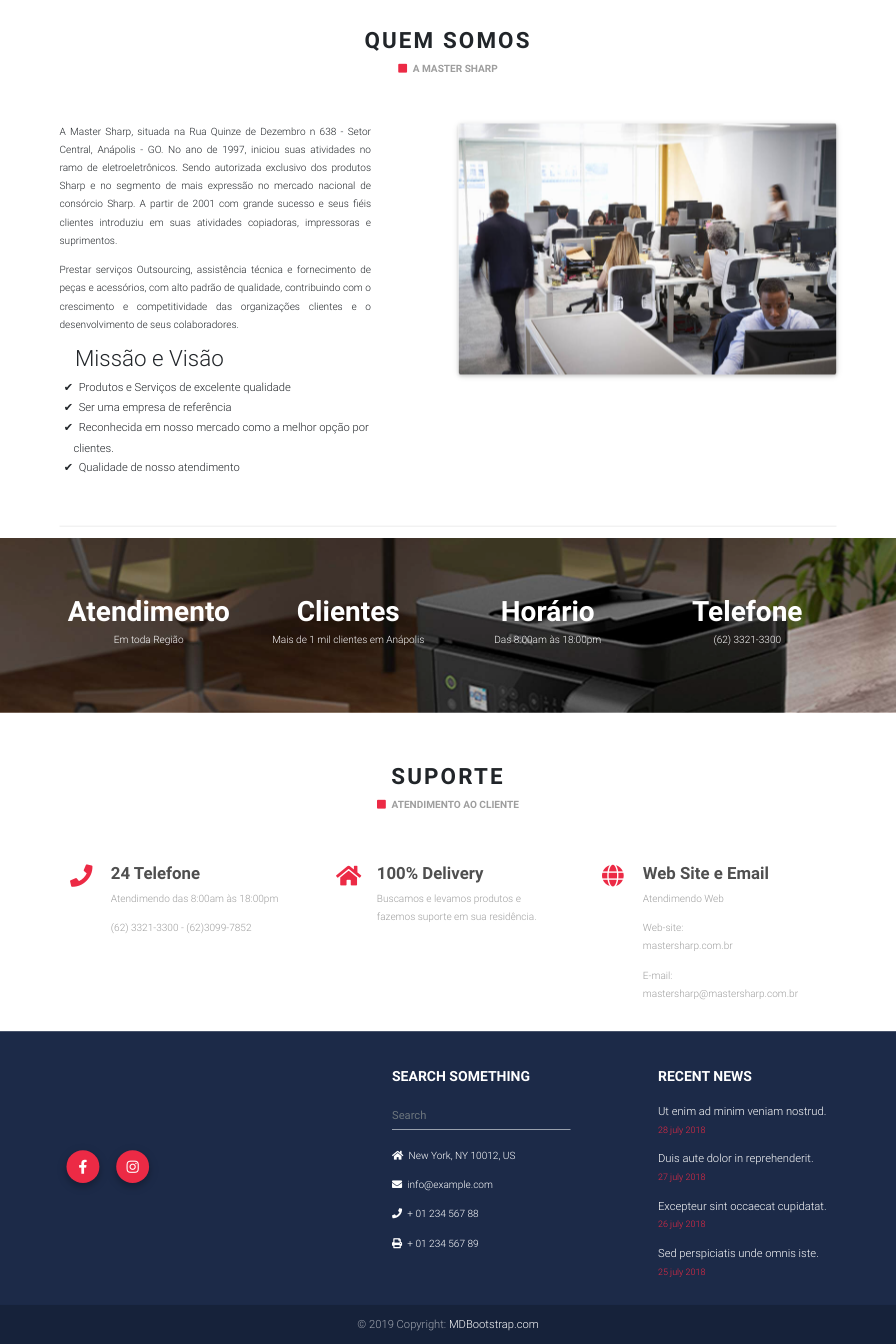
Repository: SalomaoMiguel/mastshap
Page: html/index.html
An editor plug-in stored every save of this project. The page is shown before and after a run of saves, followed by the edit.
The browser window is 1280 px wide. The pictures show the part of the page from y = 1373 to 3293 px (the page is 3293 px tall), at 70% of full size.
Some web libraries are served in a nearby version.

Above is the page before, as saved 2021-02-17 15:34:40.

### html/index.html
<!DOCTYPE html>
<html lang="pt-br">

<head>
  <meta charset="utf-8">
  <meta name="viewport" content="width=device-width, initial-scale=1, shrink-to-fit=no">
  <meta http-equiv="x-ua-compatible" content="ie=edge">
  <title>Master Sharp</title>
  <!-- Font Awesome -->
  <link rel="stylesheet" href="https://use.fontawesome.com/releases/v5.8.2/css/all.css">
  <!-- Bootstrap core CSS -->
  <link href="../css/bootstrap.min.css" rel="stylesheet">
  <!-- Material Design Bootstrap -->
  <link href="../css/mdb.min.css" rel="stylesheet">
  <style>
    html,
        body,
        header,
        .jarallax {
          height: 100%;
        }

        @media (min-width: 560px) and (max-width: 740px) {
          html,
          body,
          header,
          .jarallax {
            height: 500px;
          }
        }

        @media (min-width: 800px) and (max-width: 850px) {
            html,
            body,
            header,
            .jarallax {
              height: 600px;
            }
        }

        @media (min-width: 800px) and (max-width: 850px) {
            .navbar:not(.top-nav-collapse) {
                background: #24355c!important;
            }
            .navbar {
              box-shadow: 0 2px 5px 0 rgba(0,0,0,.16), 0 2px 10px 0 rgba(0,0,0,.12) !important;
            }
        }
    </style>
</head>

<body class="intro-page transport-lp">

  <!--Navigation & Intro-->
  <header>

    <!--Navbar-->
    <nav class="navbar fixed-top navbar-expand-lg navbar-dark scrolling-navbar" style="background-color: #f7f7f7!important;">
      <div class="container">
        <a class="navbar-brand" href="#"><img src="../imga/logo/logomastersharp.png" class="img-fluid  " alt="My photo"></a>
        <button class="navbar-toggler" type="button" data-toggle="collapse" data-target="#navbarSupportedContent"
          aria-controls="navbarSupportedContent" aria-expanded="false" aria-label="Toggle navigation">
          <span class="navbar-toggler-icon"></span>
        </button>
        <div class="collapse navbar-collapse " id="navbarSupportedContent">
          <!--Links-->
          <ul class="navbar-nav mr-auto ml-auto smooth-scroll ">
            <li class="nav-item">
              <a class="nav-link text-muted" href="#home">Início <span class="sr-only">(current)</span></a>
            </li>

            <li class="nav-item">
              <a class="nav-link text-muted" href="#about" data-offset="100">Quem Somos</a>
            </li>
            <li class="nav-item">
              <a class="nav-link text-muted" href="#services" data-offset="30">Soluções</a>
            </li>
            <li class="nav-item">
              <a class="nav-link text-muted" href="#features" data-offset="100">Parceiros</a>
            </li>
            <li class="nav-item">
              <a class="nav-link text-muted" href="#suport" data-offset="100">Suporte</a>
            </li>
            <li class="nav-item">
              <a class="nav-link text-muted" href="#contact" data-offset="30">Contato</a>
            </li>
          </ul>

          <!--Social Icons-->
          <ul class="navbar-nav nav-flex-icons">
            <li class="nav-item">
              <a class="nav-link" href="https://api.whatsapp.com/send?phone=5562991729598&#038;text=Gostaria de informações sobre a Master Sharp" target="_blank" rel="noopener noreferrer"><i class="fab fa-whatsapp text-success"> (62) 99172-9598</i></a>
            </li>
            <li class="nav-item">
              <a class="nav-link" href="https://api.whatsapp.com/send?phone=5562993291564&#038;text=Gostaria de informações sobre a Master Sharp" target="_blank" rel="noopener noreferrer" ><i class="fab fa-whatsapp text-success"> (62) 99329-1564</i></a>
            </li>
          </ul>
        </div>
      </div>
    </nav>
    <!--/Navbar-->

    <!-- Intro Section -->
    <div id="home" class="view jarallax" data-jarallax='{"speed": 0.2}' style="background-image: url('../imga/back/impressorapeople.png'); background-repeat: no-repeat; background-size: cover; background-position: center center;">
      <div class="mask rgba-black-light">
        <div class="container h-100 d-flex justify-content-center align-items-center">
          <div class="row smooth-scroll">
            <div class="col-md-12 white-text text-center">
              <div class="wow fadeInDown" data-wow-delay="0.2s">
                <h1 class="display-4 text-uppercase rgba-black-light px-3 py-2"><strong class="font-weight-bold">Master Sharp sempre inovando.</strong></h1>
                <h5 class="white-text mt-5"></h5>
                <h2 class="white-text text-uppercase h2-responsive font-weight-bold mb-5 mt-4"> Oferecendo assim a melhor solução para redução de custos.</h2>
                <a href="https://api.whatsapp.com/send?phone=5562993291564&#038;text=Gostaria de informações sobre a Master Sharp" target="_blank" rel="noopener noreferrer" data-offset="100" class="btn btn-success btn-rounded"><i class="fab fa-whatsapp text-white" style="font-size: 18px;"> <span class="text-white"> </span></i> &nbsp; Fale conosco</a>
              </div>
            </div>
          </div>
        </div>
      </div>
    </div>

  </header>
  <!--/Navigation & Intro-->

  <!--Main content-->
  <main>

    <!--First container-->
    <div class="container-fluid background-z">
      <div class="container">

        <!--Section: Possibilities-->
        <section class="py-4">

          <!--Secion heading-->
          <h2 id="services" class="text-center text-uppercase font-weight-bold mt-5 pt-4 spacing wow fadeIn" data-wow-delay="0.2s"><strong>Soluções</strong></h2>

          <!--Section description-->
          <p class="text-center text-uppercase font-weight-bold grey-text mb-5 pb-3 wow fadeIn" data-wow-delay="0.2s"><i
              class="fas fa-square red-text-2 mr-2" aria-hidden="true"></i> Nossos Serviços</p>

          <!--First row-->
          <div class="row mb-5 wow fadeIn" data-wow-delay="0.4s">

            <div class="col-lg-3 col-md-6 text-center pt-1">
              <div class="icon-area">
                <div class="circle-icon">
                  <i class="fas fa-print"></i>
                </div>
                <br>
                <strong>Locação de Impressoras</strong>
                <p>Soluções Corporativas em impressão e cópias..</p>
              </div>
            </div>

            <div class="col-lg-3 col-md-6 text-center pt-1">
              <div class="icon-area">
                <div class="circle-icon">
                  <i class="fas fa-print"></i>
                </div>
                <br>
                <strong>Manutenção de Impressoras</strong>
                <p>Equipe de Assistência Técnica altamente qualificada, jovem mas competente e com vasta experiência no seu segmento de atuação.</p>
              </div>
            </div>

            <div class="col-lg-3 col-md-6 text-center pt-1">
              <div class="icon-area">
                <div class="circle-icon">
                  <i class="fas fa-print"></i>
                </div>
                <br>
                <strong>Toners e Recargas</strong>
                <p>Somos especializados em recarga de toners. Oferecemos a sua empresa um serviço de qualidade por um preço acessível.</p>
              </div>
            </div>

            <div class="col-lg-3 col-md-6 text-center pt-1">
              <div class="icon-area">
                <div class="circle-icon">
                  <i class="fas fa-print"></i>
                </div>
                <br>
                <strong>Vendas de Impressoras</strong>
                <p>Sharp, Brother, Samsung, Ricoh, HP, Epson e muito mais. Impressoras de varios modelos.</p>
              </div>
            </div>

          </div>
          <!--/First row-->

        </section>
        <!--/Section: Possibilities-->

      </div>
    </div>
    <!--/First container-->

    <!--Second container-->
    <div class="container">

      <!--Section: About-->
      <section id="about" class="about my-5">

        <!--Secion heading-->
        <h2 class="text-center text-uppercase font-weight-bold mt-5 pt-4 pt-4 spacing wow fadeIn" data-wow-delay="0.2s"><strong>Quem Somos</strong></h2>

        <!--Section description-->
        <p class="text-center text-uppercase font-weight-bold grey-text mb-5 pb-3 wow fadeIn" data-wow-delay="0.2s"><i
            class="fas fa-square red-text-2 mr-2" aria-hidden="true"></i>A Master Sharp</p>

        <!--First row-->
        <div class="row">

          <!--First column column-->
          <div class="col-xl-5 col-lg-6 pb-1 wow fadeIn" data-wow-delay="0.4s">

            <!--Description-->
            <p align="justify">A Master Sharp, situada na Rua Quinze de Dezembro n 638 - Setor Central, Anápolis - GO. No ano de 1997, iniciou suas atividades no ramo de eletroeletrônicos. Sendo autorizada exclusivo dos produtos Sharp e no segmento de mais expressão no mercado nacional de consórcio Sharp. A partir de 2001 com grande sucesso e seus fiéis clientes introduziu em suas atividades copiadoras, impressoras e suprimentos.
            </p>

            <p align="justify">Prestar serviços Outsourcing, assistência técnica e fornecimento de peças e acessórios, com alto padrão de qualidade, contribuindo com o crescimento e competitividade das organizações clientes e o desenvolvimento de seus colaboradores.</p>

            <ul>
              <h2> Missão e Visão</h2>
              <li>Produtos e Serviços de excelente qualidade</li>
              <li>Ser uma empresa de referência</li>
              <li>Reconhecida em nosso mercado como a melhor opção por clientes.</li>
              <li>Qualidade de nosso atendimento</li>
            </ul>

          </div>
          <!--/First column-->

          <!--Column column-->
          <div class="col-xl-6 ml-lg-auto col-lg-6 mb-5 wow fadeIn" data-wow-delay="0.4s">

            <!--Image-->
            <img src="../imga/back/officess.jpg" class="img-fluid rounded z-depth-1"
              alt="My photo">

          </div>
          <!--/Column column-->

        </div>
        <!--/First row-->

      </section>
      <!--/Section: About-->

      <hr>

      <!--Section: Services-->

      <!--/Section: Services-->

    </div>
    <!--/Second container-->

    <!--Streak-->
    <div class="streak streak-photo" style="background-image:url('../imga/back/epson.jpg')">
      <div class="mask flex-center rgba-black-light">
        <div class="container">

          <!--First row -->
          <div class="row text-white text-center wow fadeIn" data-wow-delay="0.2s">

            <!--First column -->
            <div class="col-md-3 mb-2">
              <h1 class="white-text mb-1 font-weight-bold"><strong>Atendimento</strong></h1>
              <p>Em toda Região</p>
            </div>
            <!-- First column -->

            <!--Second column -->
            <div class="col-md-3 mb-2">
              <h1 class="white-text mb-1 font-weight-bold"><strong>Clientes</strong></h1>
              <p>Mais de 1 mil clientes em Anápolis</p>
            </div>
            <!-- Second column -->

            <!--Third column -->
            <div class="col-md-3 mb-2">
              <h1 class="white-text mb-1 font-weight-bold"><strong>Horário</strong></h1>
              <p>Das 8:00am às 18:00pm</p>
            </div>
            <!-- Third column -->

            <!--Fourth column -->
            <div class="col-md-3">
              <h1 class="white-text mb-1 font-weight-bold"><strong>Telefone</strong></h1>
              <p>(62) 3321-3300</p>
            </div>
            <!-- Fourth column -->

          </div>
          <!-- First row -->
        </div>
      </div>
    </div>
    <!--/Streak-->

    <!--Third container-->
    <div class="container">

      <!--Section: Features v.4-->
      <section id="suport" class="feature-box">

        <!--Secion heading-->
        <h2 class="text-center text-uppercase font-weight-bold mt-5 pt-4 spacing wow fadeIn" data-wow-delay="0.2s"><strong>Suporte</strong></h2>

        <!--Section description-->
        <p class="text-center text-uppercase font-weight-bold grey-text mb-5 wow fadeIn" data-wow-delay="0.2s"><i class="fas fa-square red-text-2 mr-2"
            aria-hidden="true"></i>Atendimento ao cliente</p>

        <!--Grid row-->
        <div class="row features-small pt-4">

          <!--Grid column-->
          <div class="col-md-4 mb-4">
            <div class="col-1 col-md-2 float-left">
              <i class="fas fa-phone red-text-2 fa-2x"></i>
            </div>
            <div class="col-10 col-md-9 col-lg-10 float-right">
              <h4 class="font-weight-bold dark-grey-text">24 Telefone </h4>
              <p class="grey-text"> Atendimendo das 8:00am às 18:00pm</p>
              <p class="grey-text"> (62) 3321-3300 - (62)3099-7852</p>
            </div>
          </div>
          <!--Grid column-->

          <!--Grid column-->
          <div class="col-md-4 mb-4">
            <div class="col-1 col-md-2 float-left">
              <i class="fas fa-home red-text-2 fa-2x"></i>
            </div>
            <div class="col-10 col-md-9 col-lg-10 float-right">
              <h4 class="font-weight-bold dark-grey-text">100% Delivery</h4>
              <p class="grey-text"> Buscamos e levamos produtos e fazemos suporte em sua residência.</p>
            </div>
          </div>
          <!--Grid column-->

          <!--Grid column-->
          <div class="col-md-4 mb-4">
            <div class="col-1 col-md-2 float-left">
              <i class="fas fa-globe red-text-2 fa-2x"></i>
            </div>
            <div class="col-10 col-md-9 col-lg-10 float-right">
              <h4 class="font-weight-bold dark-grey-text">Web Site e  Email</h4>
              <p class="grey-text">Atendimendo Web</p>
              <p class="grey-text">Web-site:&emsp;&emsp;&emsp;&emsp;&emsp;&emsp;mastersharp.com.br</p>
              <p class="grey-text">E-mail: mastersharp@mastersharp.com.br</p>
            </div>
          </div>
          <!--Grid column-->

        </div>
        <!--Grid row-->

      </section>
      <!--/Section: Features v.4-->

    </div>
    <!--/Third container-->

    <!--Fourth container-->

    <!--/Fourth container-->

    <!--Fifth container-->

    <!--/Fifth container-->

  </main>
  <!--/Main content-->

  <!--Footer-->
  <footer class="page-footer mdb-color darken-3 text-center text-md-left pt-5">

    <!--Footer Links-->
    <div class="container mb-3">

      <!--First row-->
      <div class="row">

        <!--First column-->
        <div id="contact" class="col-md-4 mt-1 mb-1 wow fadeIn" data-wow-delay="0.3s" >
          <!--About-->
          <h5 class="title mb-4 font-weight-bold"></h5>

          <p>&emsp;</p>

          <p>&emsp;</p>
          <!--/About -->

          <div class="footer-socials mt-2 mr-md-auto ml-md-auto" >
            <!--Facebook-->
            <a    href="https://www.facebook.com/mastersharp.aps/"  type="button" class="btn-floating  btn-danger-2"><i class="fab fa-facebook-f"></i></a>
            <!--Dribbble-->
            <a  href="https://www.instagram.com/master.sharp/" type="button" class="btn-floating  btn-danger-2"><i class="fab fa-instagram"></i></a>
          </div>
        </div>
        <!--/First column-->

        <hr class="w-100 clearfix d-md-none">

        <!--Second column-->
        <div class="col-lg-3 ml-lg-auto col-md-4 mt-1 mb-1 wow fadeIn" data-wow-delay="0.3s">
          <!--Search-->
          <h5 class="text-uppercase mb-4 font-weight-bold">Search something</h5>

          <ul class="footer-search list-unstyled">
            <li>
              <form class="search-form" role="search">
                <div class="md-form">
                  <input type="text" class="form-control" placeholder="Search">
                </div>
              </form>
            </li>
          </ul>

          <!--Info-->
          <p><i class="fas fa-home pr-1"></i> New York, NY 10012, US</p>
          <p><i class="fas fa-envelope pr-1"></i> info@example.com</p>
          <p><i class="fas fa-phone pr-1"></i> + 01 234 567 88</p>
          <p><i class="fas fa-print pr-1"></i> + 01 234 567 89</p>

        </div>
        <!--/Second column-->

        <hr class="w-100 clearfix d-md-none">

        <!--Third column-->
        <div class="col-lg-3 ml-lg-auto col-md-4 mt-1 mb-1 wow fadeIn" data-wow-delay="0.3s">
          <!--Contact-->
          <h5 class="text-uppercase mb-4 font-weight-bold">Recent news</h5>

          <ul class="footer-posts list-unstyled">
            <li><a>Ut enim ad minim veniam nostrud.</a><span>
                <p class="red-text-2 font-small">28 july 2018</p>
              </span></li>
            <li><a>Duis aute dolor in reprehenderit.</a><span>
                <p class="red-text-2 font-small">27 july 2018</p>
              </span></li>
            <li><a>Excepteur sint occaecat cupidatat.</a><span>
                <p class="red-text-2 font-small">26 july 2018</p>
              </span></li>
            <li><a>Sed perspiciatis unde omnis iste.</a><span>
                <p class="red-text-2 font-small">25 july 2018</p>
              </span></li>
          </ul>

        </div>
        <!--/Third column-->

      </div>
      <!--/First row-->

    </div>
    <!--/Footer Links-->

    <!--Copyright-->
    <div class="footer-copyright py-3 text-center">
      <div class="container-fluid">
        © 2019 Copyright: <a href="https://mdbootstrap.com/education/bootstrap/" target="_blank"> MDBootstrap.com </a>
      </div>
    </div>
    <!--/Copyright-->

  </footer>
  <!--/Footer-->


  <!-- SCRIPTS -->

  <!-- JQuery -->
  <script type="text/javascript" src="../js/jquery-3.4.1.min.js"></script>

  <!-- Bootstrap tooltips -->
  <script type="text/javascript" src="../js/popper.min.js"></script>

  <!-- Bootstrap core JavaScript -->
  <script type="text/javascript" src="../js/bootstrap.min.js"></script>

  <!-- MDB core JavaScript -->
  <script type="text/javascript" src="../js/mdb.min.js"></script>

  <script>
    //Animation init
    new WOW().init();

  </script>

</body>

</html>

Loaded but not shown: css/bootstrap.min.css (library); css/mdb.min.css (library); js/jquery-3.4.1.min.js (library); js/popper.min.js (library); js/bootstrap.min.js (library); js/mdb.min.js (library)

After the next 5 saves:
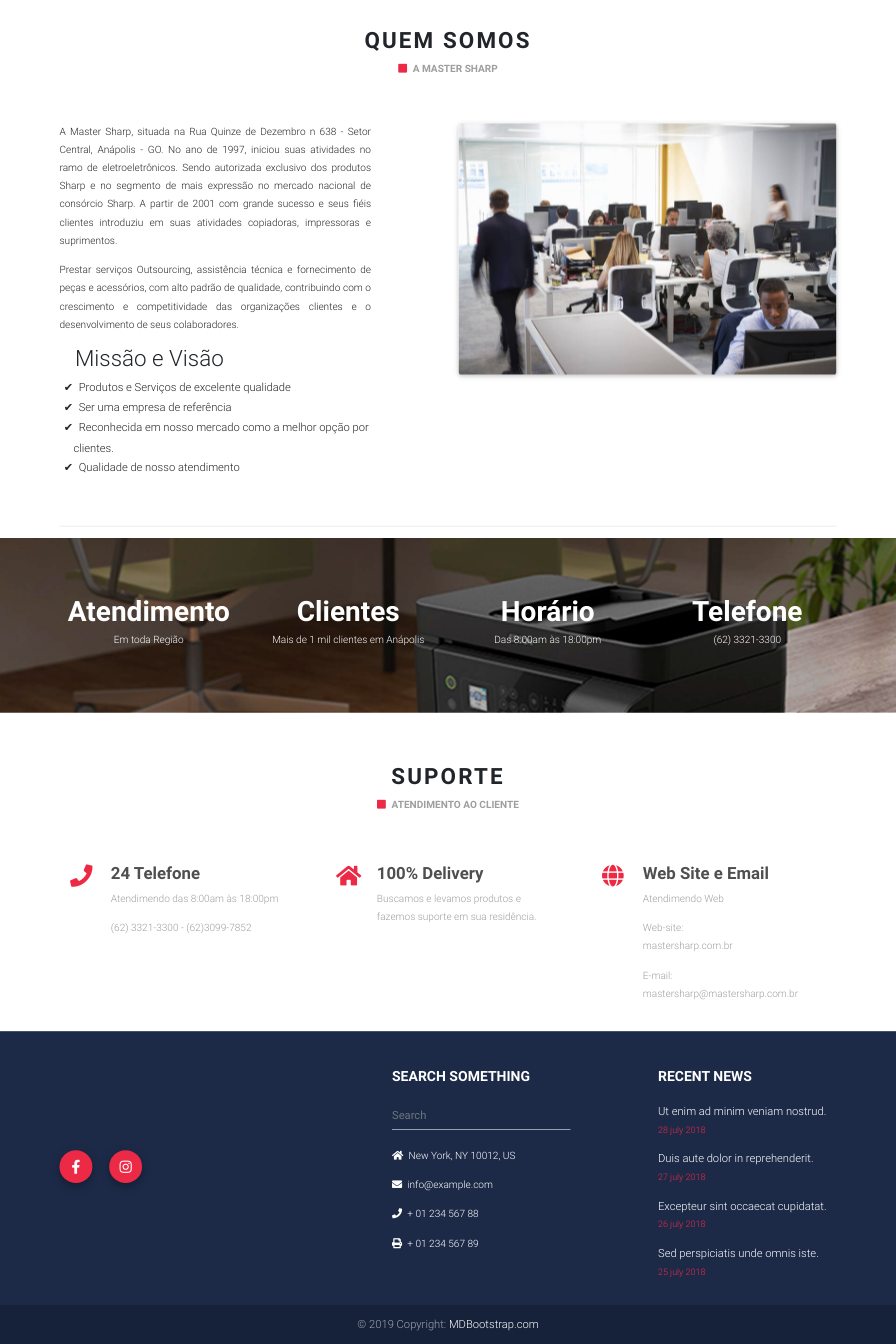
The 5 saves are shown as one change because they came seconds apart.
The last was saved 12 s later.
--- a/html/index.html
+++ b/html/index.html
@@ -395,7 +395,7 @@
 
           <div class="footer-socials mt-2 mr-md-auto ml-md-auto" >
             <!--Facebook-->
-            <a    href="https://www.facebook.com/mastersharp.aps/"  type="button" class="btn-floating  btn-danger-2"><i class="fab fa-facebook-f"></i></a>
+            <a    href="https://www.facebook.com/mastersharp.aps/"  type="button" class="btn-floating  ml-auto btn-danger-2"><i class="fab fa-facebook-f"></i></a>
             <!--Dribbble-->
             <a  href="https://www.instagram.com/master.sharp/" type="button" class="btn-floating  btn-danger-2"><i class="fab fa-instagram"></i></a>
           </div>
